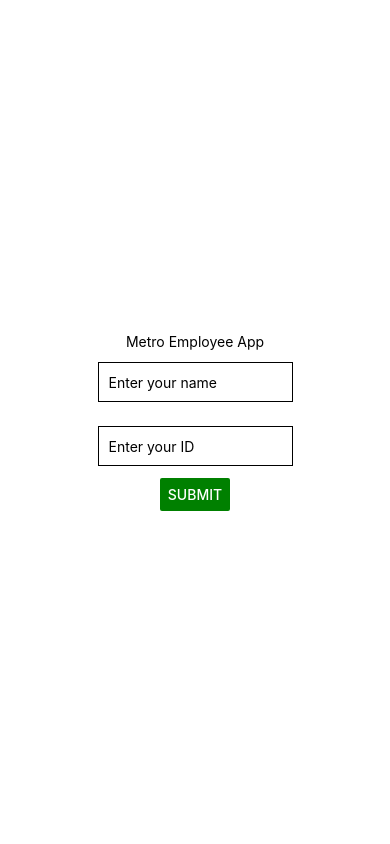
Repository: VishnuJG/Metro-Employee-App
Screen: /
The author's editor kept a copy of each file at every save. The screen is drawn from the files as they stood at one save, then again after the next save.
The app was drawn by React Native's web renderer in a window 390 px wide. The project was rebuilt for these pictures with package versions that can differ from the ones it lists, and the page was loaded fresh each time.

Above is the screen before, as saved 2022-06-28 12:53:29.

### App.js
import { StatusBar } from 'expo-status-bar';
import React, { useState } from "react";
import { StyleSheet, Text, View, TextInput, Button, Alert} from 'react-native';
import { useDimensions } from '@react-native-community/hooks';


export default function App() {

  // const {lanscape}=useDimensions();
  const [emp, onEmpUpdate] = useState([{ id: 0, name: " Vishnu J G", email:"vishnu.jg@metro-gsc.in" }]);
  const [name, onChangeName] = useState("");
  const [email, onChangeEmail] = useState("");
  const [number, onChangeNumber] = useState(null);
  const onSubmit=(e)=>{
    e.preventDefault();
    if(!name){
      Alert.alert('Invalid Name', 'Invalid Name field',[{text: 'Okay', onPress:()=>{console.log("Okay Pressed")}},{text: 'No', onPress:()=>{console.log("No Pressed")}}])
    }
    if(!email){
      Alert.alert('Invalid Email', 'Invalid Email field',[{text: 'Okay', onPress:()=>{console.log("Okay Pressed")}},{text: 'No', onPress:()=>{console.log("No Pressed")}}])
    }
    if(!number){
      Alert.alert('Invalid Number', 'Invalid Number field',[{text: 'Okay', onPress:()=>{console.log("Okay Pressed")}},{text: 'No', onPress:()=>{console.log("No Pressed")}}])
    }
    console.log("Valid Input");
  }
  return (
    <View style={styles.container}>
      <Text>Metro Employee App</Text>

        <TextInput
          style={styles.input}
          onChangeText={onChangeName}
          placeholder="Enter your name"
          value={name}
        />


        <TextInput
          style={styles.input}
          onChangeText={onChangeNumber}
          value={number}
          placeholder="Enter your ID"
          keyboardType="numeric"
        />
      <Button title="Submit"
        color="green"
        onPress={onSubmit}
        />
    </View>
  );
}

const styles = StyleSheet.create({
  container: {
    flex: 1,
    backgroundColor: '#fff',
    alignItems: 'center',
    justifyContent: 'center',
    // topPadding:lanscape?20:0,
  },
  input: {
    height: 40,
    margin: 12,
    borderWidth: 1,
    width:'50%',
    padding: 10,
  },
  inputForm:{

  }
});

After the next save:
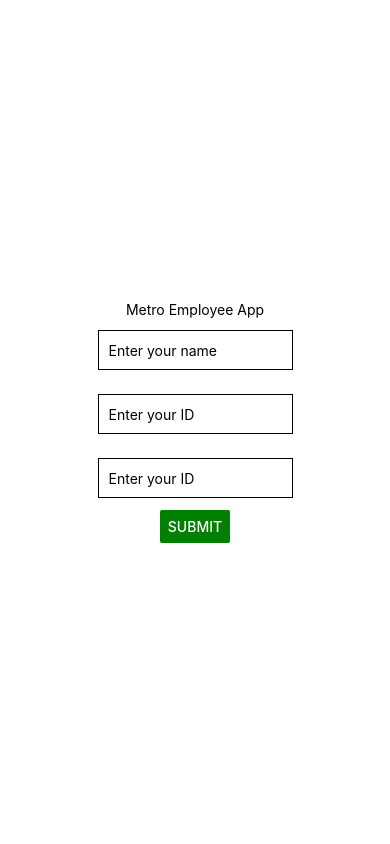
Saved 18 s later.
--- a/App.js
+++ b/App.js
@@ -34,7 +34,13 @@ export default function App() {
           placeholder="Enter your name"
           value={name}
         />
-
+        <TextInput
+          style={styles.input}
+          onChangeText={onChangeNumber}
+          value={number}
+          placeholder="Enter your ID"
+          keyboardType="numeric"
+        />
 
         <TextInput
           style={styles.input}
